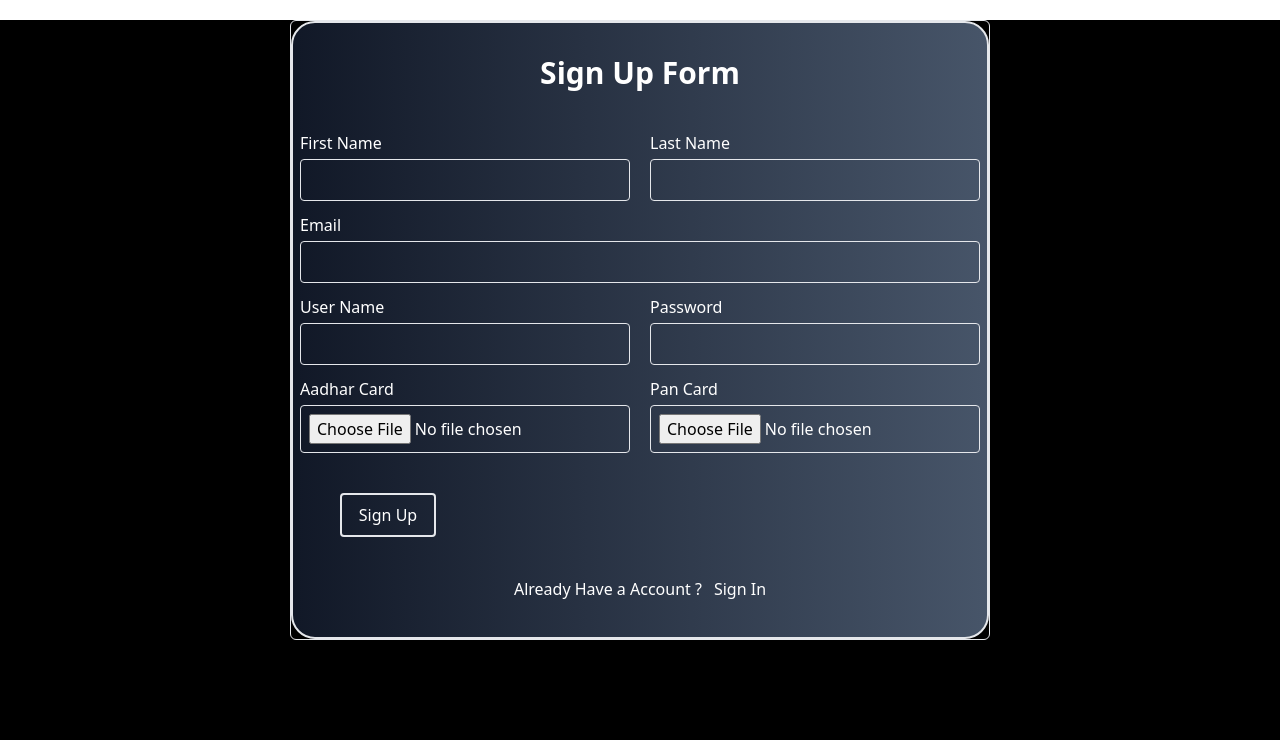
Repository: OmkarTidke8080/Assessment
Page: /sign-up (app in frontend/)
The author's editor kept a copy of each file at every save. The page is drawn from the files as they stood at one save, then again after the next save.
The browser window is 1280 px wide. The pictures show the whole page.
The project was rebuilt for these pictures with package versions that can differ from the ones it lists, and the page was loaded fresh each time. Also part of the build but not shown: frontend/vite.config.js, frontend/src/components/HomePage.jsx, frontend/src/components/SignIn.jsx.

Above is the page before, as saved 2024-10-19 22:27:15.

### frontend/src/App.jsx
import { useEffect, useState } from "react";
import "./App.css";
import LandingPage from "./components/HomePage.jsx";
import SignUp from "./components/SignUp.jsx";
import { BrowserRouter, Routes, Route } from "react-router-dom";
import ScaleLoader from "react-spinners/ScaleLoader";
import SignIn from "./components/SignIn.jsx";

function App() {
  const [isLoading, setIsLoading] = useState(true);

  useEffect(() => {
    const timer = setTimeout(() => {
      setIsLoading(false);
    }, 2000);

    return () => clearTimeout(timer);
  });
  return (
    <>
      {isLoading ? (
        <div
          style={{
            display: "flex",
            justifyContent: "center",
            alignItems: "center",
            height: "100vh",
            backgroundColor: "#fff",
          }}
        >
          {" "}
          <ScaleLoader />
        </div>
      ) : (
        <BrowserRouter>
          <Routes>
            <Route path={"/"} element={<LandingPage />} />
            <Route path={"/sign-up"} element={<SignUp />} />
            <Route path={"/sign-in"} element={<SignIn />} />
          </Routes>
        </BrowserRouter>
      )}
    </>
  );
}

export default App;

### frontend/src/App.css
html, body {
  height: 100%;
  margin: 0;
}

#root {
  background: #000;
  min-height: 100vh; /* Use 100vh for full viewport height */
}

### frontend/src/components/SignUp.jsx
import React from "react";

function SignUp() {
  return (
    <>
      <div className="flex justify-center items-center mt-5">
        <div className="flex border  rounded-md h-[620px] w-[700px]">
          <div className="form border-2 rounded-3xl text-white w-full bg-gradient-to-r from-gray-900 to-slate-600 ">
            <div className="form-heading text-center mt-8 mb-6">
              <h1 className="text-3xl font-bold text-white mb-2">
                Sign Up Form
              </h1>

            </div>
            <form>
              <div className="flex justify-center mt-10 ">
                <div>
                  <div className="flex w-full gap-x-5 ">
                    <div className="w-1/2">
                      <label htmlFor="username" className=" flex mb-1">
                        First Name
                      </label>
                      <input
                        type="text"
                        id="FistName"
                        className=" text-white bg-inherit  w-full flex border rounded p-2"
                        required
                      />
                    </div>
                    <div className="w-1/2">
                      <label htmlFor="password" className="flex mb-1">
                        Last Name
                      </label>
                      <input
                        type="text"
                        id="LastName"
                        className="text-black bg-inherit w-full flex border rounded p-2"
                        required
                      />
                    </div>
                  </div>

                  <div className="mt-3">
                    <label htmlFor="email" className=" flex mb-1">
                      Email
                    </label>
                    <input
                      type="text"
                      id="email"
                      className="text-black bg-inherit w-full flex border rounded p-2"
                      required
                    />
                  </div>
                  <div className="flex gap-x-5">
                    <div className="mt-3 w-1/2 ">
                      <label htmlFor="username" className=" flex mb-1">
                        User Name
                      </label>
                      <input
                        type="text"
                        id="FistName"
                        className="text-black bg-inherit w-full flex border rounded p-2"
                        required
                      />
                    </div>
                    <div className="mt-3 w-1/2">
                      <label htmlFor="username" className=" flex mb-1">
                        Password
                      </label>
                      <input
                        type="text"
                        id="FistName"
                        className="text-black bg-inherit w-full flex border rounded p-2"
                        required
                      />
                    </div>
                  </div>

                  <div className="flex  gap-x-5 mt-3">
                    <div>
                      <label htmlFor="username" className=" flex mb-1">
                        Aadhar Card
                      </label>
                      <input
                        type="file"
                        id="FistName"
                        className=" text-white bg-inherit flex border rounded p-2"
                        required
                      />
                    </div>
                    <div>
                      <label htmlFor="password" className="flex mb-1">
                        Pan Card
                      </label>
                      <input
                        type="file"
                        id="LastName"
                        className="text-white bg-inherit flex border rounded p-2"
                        required
                      />
                    </div>
                  </div>

                  <div className="sign-up-button m-10">
                    <button className="border-2 rounded p-2 w-24 hover:border-green-700 ">
                      Sign Up
                    </button>
                  </div>
                  <div className="AlreadyAccount flex justify-center gap-x-3">
                    <h2>Already Have a Account ?</h2>
                    <button>Sign In</button>
                  </div>
                </div>
              </div>
            </form>
          </div>
        </div>
      </div>
    </>
  );
}

export default SignUp;

Loaded but not shown: frontend/index.html (common file); frontend/src/main.jsx (common file); frontend/src/index.css (common file); frontend/tailwind.config.js (common file)

After the next save:
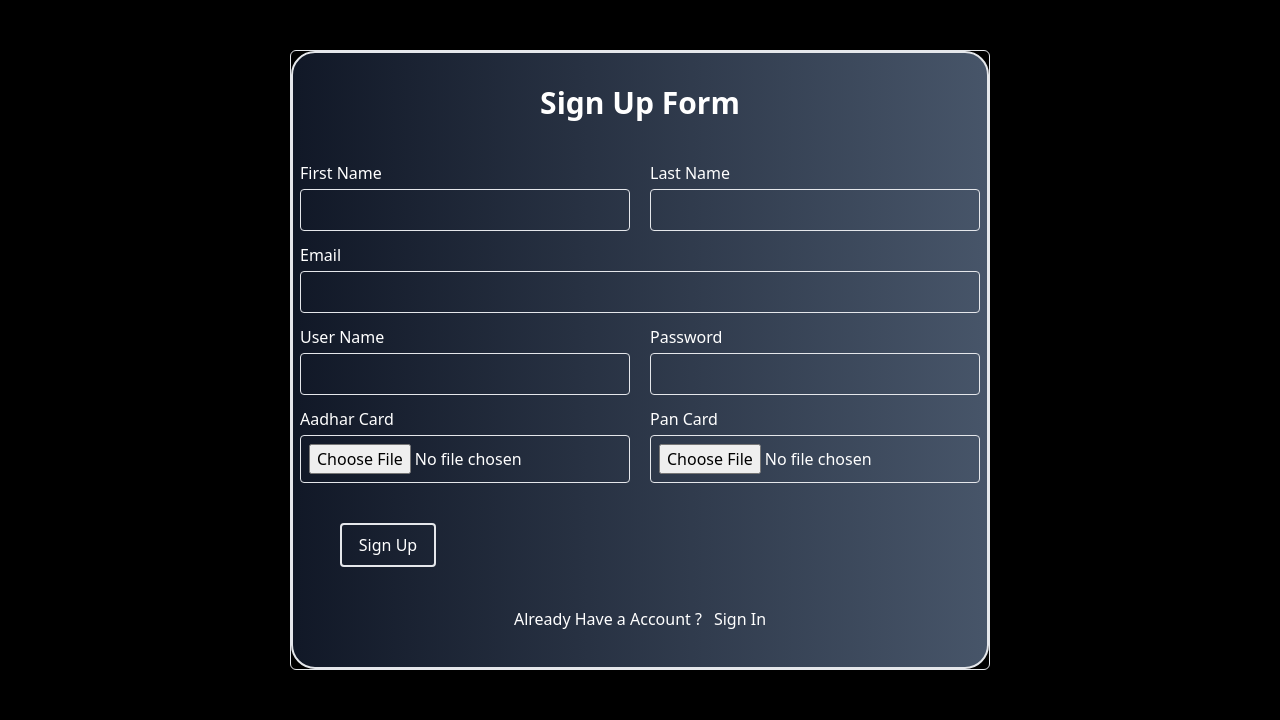
Saved 16 s later.
--- a/frontend/src/components/SignUp.jsx
+++ b/frontend/src/components/SignUp.jsx
@@ -3,7 +3,7 @@ import React from "react";
 function SignUp() {
   return (
     <>
-      <div className="flex justify-center items-center mt-5">
+      <div className="flex justify-center items-center h-screen">
         <div className="flex border  rounded-md h-[620px] w-[700px]">
           <div className="form border-2 rounded-3xl text-white w-full bg-gradient-to-r from-gray-900 to-slate-600 ">
             <div className="form-heading text-center mt-8 mb-6">
